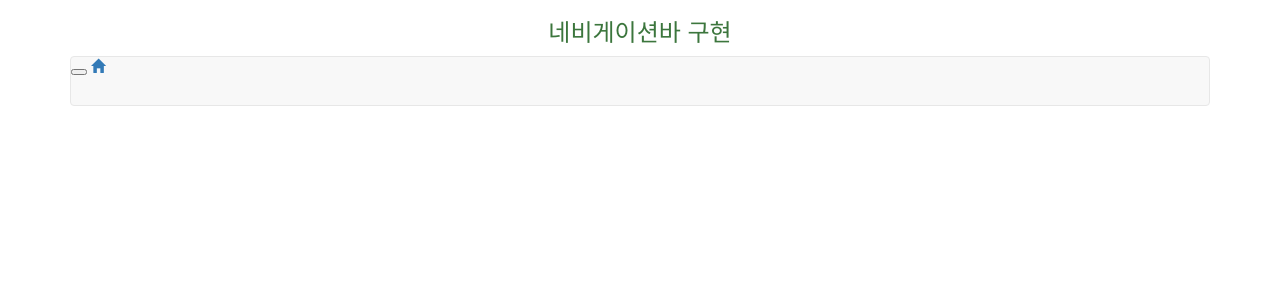
Repository: RYE415/4.jsp
Page: BootstrapTest/src/main/webapp/8.navigationbar/1.navbar.html
An editor plug-in stored every save of this project. The page is shown before and after the next save, followed by the edit.
The browser window is 1280 px wide. The pictures show the whole page.
Some web libraries are served in a nearby version.

Above is the page before, as saved 2022-08-10 03:37:06.

### BootstrapTest/src/main/webapp/8.navigationbar/1.navbar.html
<!DOCTYPE html>
<html lang="ko">
  <head>
    <meta charset="utf-8">
    <meta http-equiv="X-UA-Compatible" content="IE=edge">
    <meta name="viewport" content="width=device-width, initial-scale=1">
    <!-- 위 3개의 메타 태그는 *반드시* head 태그의 처음에 와야합니다; 어떤 다른 콘텐츠들은 반드시 이 태그들 *다음에* 와야 합니다 -->
    <title>예제</title>

    <!-- 부트스트랩 -->
    <link href="../css/bootstrap.min.css" rel="stylesheet">

    <!-- IE8 에서 HTML5 요소와 미디어 쿼리를 위한 HTML5 shim 와 Respond.js -->
    <!-- WARNING: Respond.js 는 당신이 file:// 을 통해 페이지를 볼 때는 동작하지 않습니다. -->
    <!--[if lt IE 9]>
      <script src="https://oss.maxcdn.com/html5shiv/3.7.2/html5shiv.min.js"></script>
      <script src="https://oss.maxcdn.com/respond/1.4.2/respond.min.js"></script>
    <![endif]-->
  </head>
  <body>
    <h3 class="text-success text-center">네비게이션바 구현</h3>
    <div class="container">
    <!--
    .navbar {
    display: none;
  	}

  	.navbar-default {
 	 background-color: #f8f8f8; /*navbar의 색상과 테두리색 설정*/
 	 border-color: #e7e7e7;

 	 .navbar-header {
     float: left; /*왼쪽을 기준으로 배치*/
 	 }
	}
     -->
    	<!-- 상단메뉴 및 서브메뉴 포함된 bar 생성 -->
    	<nav class="navbar navbar-default role="navigation"><!-- 상단메뉴 및 서브메뉴 포함된 bar 생성 -->
    		<div class="navbar-header">
    			<button type="button">
    				<span class="sr-only">navigation title</span>
    				<span class="icon-bar"></span><!-- 영역설정 -->
    			</button>
    			<a href="index.jsp">
    				<span class="glyphicon glyphicon-home"></span>
    			</a>
    		</div>
    	</nav>
    	<article><!-- 본문내용 -->

    	</article>
    </div>

    <!-- jQuery (부트스트랩의 자바스크립트 플러그인을 위해 필요합니다) -->
    <script src="https://ajax.googleapis.com/ajax/libs/jquery/1.11.2/jquery.min.js"></script>
    <!-- 모든 컴파일된 플러그인을 포함합니다 (아래), 원하지 않는다면 필요한 각각의 파일을 포함하세요 -->
    <script src="../js/bootstrap.min.js"></script>
  </body>
</html>

Loaded but not shown: BootstrapTest/src/main/webapp/css/bootstrap.min.css (library); BootstrapTest/src/main/webapp/js/bootstrap.min.js (library)

After the next save:
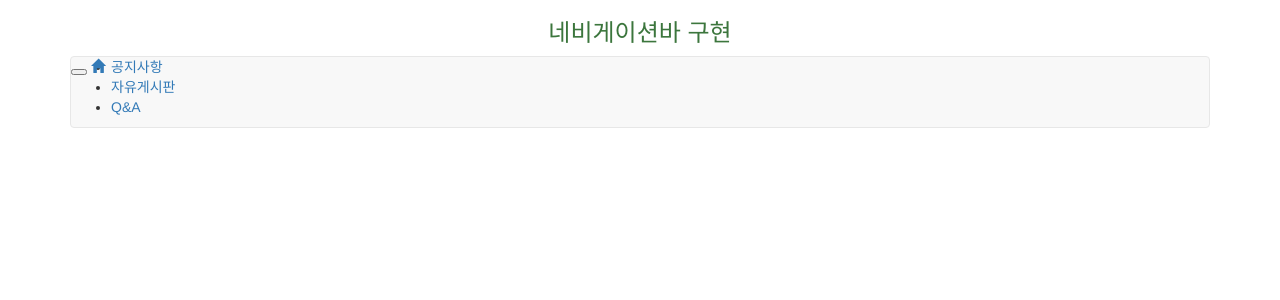
Saved 2 min 55 s later.
--- a/BootstrapTest/src/main/webapp/8.navigationbar/1.navbar.html
+++ b/BootstrapTest/src/main/webapp/8.navigationbar/1.navbar.html
@@ -45,6 +45,16 @@
     				<span class="glyphicon glyphicon-home"></span>
     			</a>
     		</div>
+
+    		<!-- pc와 모바일 부분의 설정 -->
+    		<div>
+    			<ul>
+    				<li><a href="#">공지사항</a></li>
+    				<li><a href="#">자유게시판</a></li>
+    				<li><a href="#">Q&A</a></li>
+
+    			</ul>
+    		</div>
     	</nav>
     	<article><!-- 본문내용 -->
 
